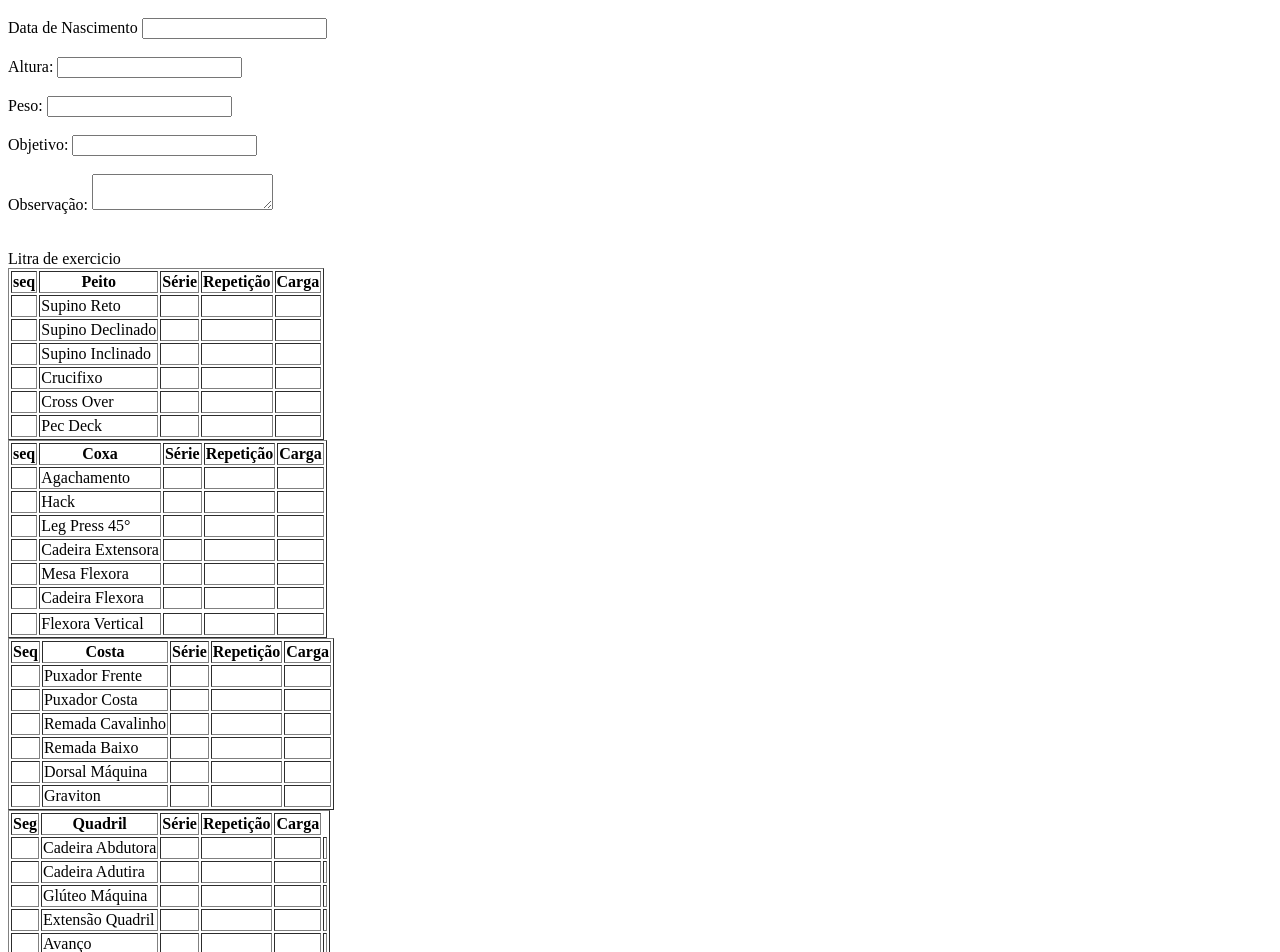
Repository: luisjonson/ProjetoWebAcademia
Page: Projeto_Web/RepositorioWebProject/WebContent/FichaAluno.html
The author's editor kept a copy of each file at every save. The page is drawn from the files as they stood at one save, then again after the next save.
The browser window is 1280 px wide. The pictures show the part of the page from y = 432 to 1384 px (the page is 1422 px tall before and 1404 px after).
A picture or video elsewhere on the page could not be fetched, so the positions and the page height are approximate.

Above is the page before, as saved 2017-04-06 01:50:21.

After the next save:
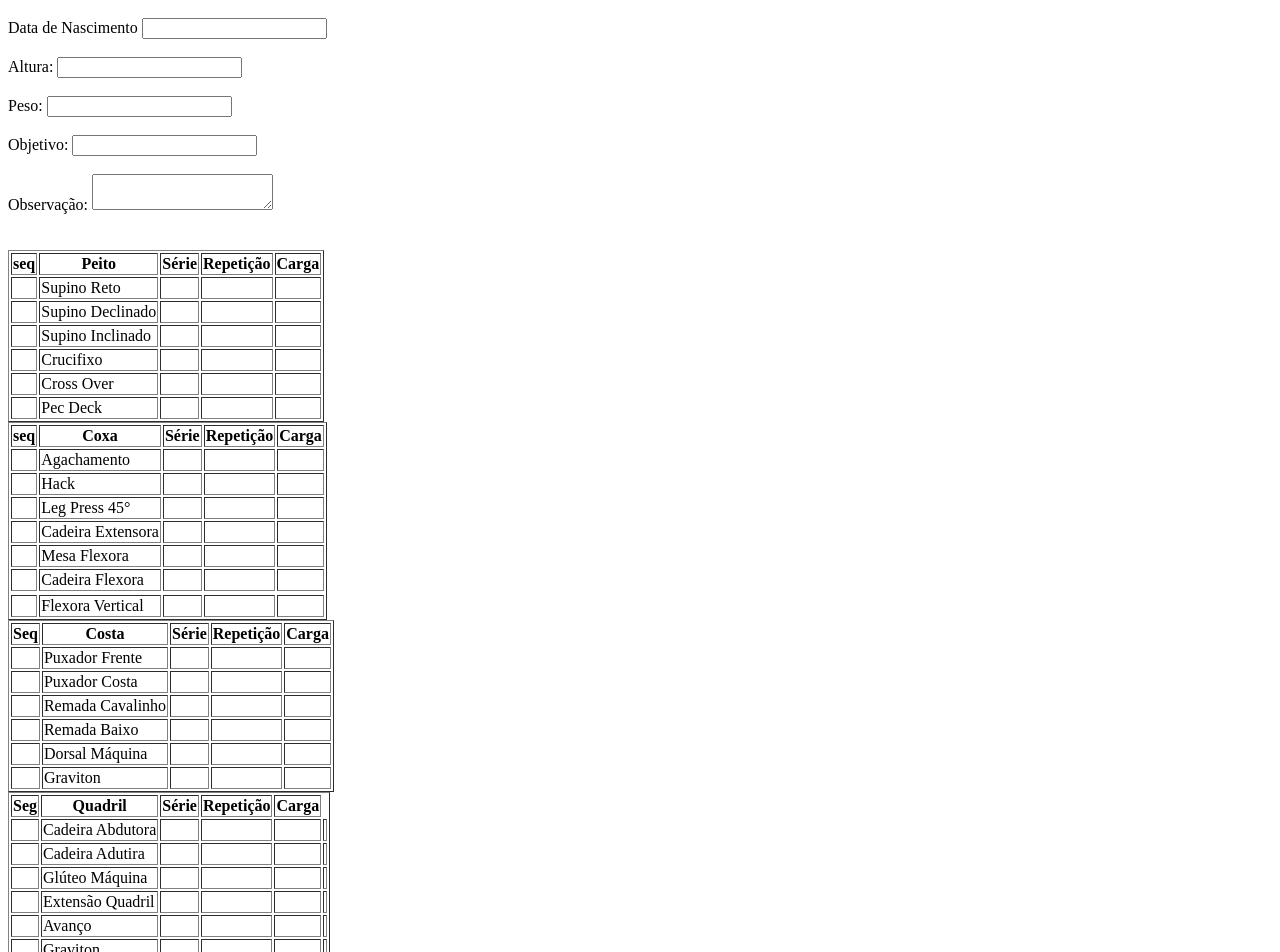
Saved 34 s later.
--- a/Projeto_Web/RepositorioWebProject/WebContent/FichaAluno.html
+++ b/Projeto_Web/RepositorioWebProject/WebContent/FichaAluno.html
@@ -30,7 +30,8 @@
 
 
 
-		<caption>Litra de exercicio</caption>
+
+
 		<table  class="table" border="1">
 			<tr>
 				<th>seq</th>
@@ -158,6 +159,7 @@
 			<td></td>
 		</tr>
 	</table>
+
 	<table border="1">
 			<tr>
 				<th>Seq</th>
